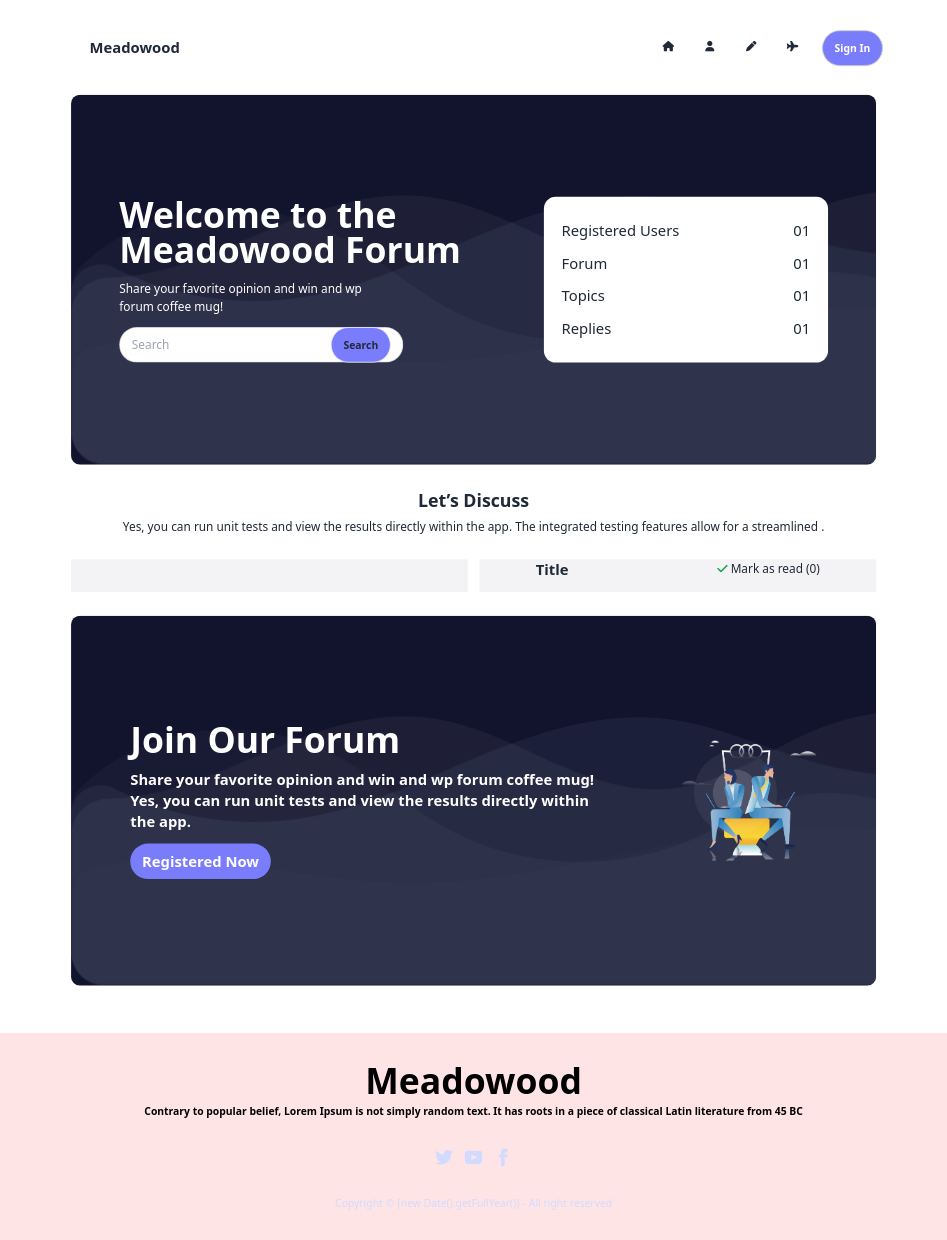
Repository: RudrasahaDibos/Meadowood-Forum
Page: index.html
The author's editor kept a copy of each file at every save. The page is drawn from the files as they stood at one save, then again after a run of saves.
The browser window is 1280 px wide. The pictures show the whole page, at 74% of full size.
The page's requests for data from a server got no answer. Some web libraries are served in a nearby version.

Above is the page before, as saved 2024-11-25 11:18:05.

### index.html
<!DOCTYPE html>
<html lang="en">
    <head>
        <meta charset="UTF-8">
        <meta name="viewport" content="width=device-width, initial-scale=1.0">
        <title>Meadowood Forum</title>

        <!-- tailwind  -->
        <link
            href="https://cdn.jsdelivr.net/npm/daisyui@4.12.14/dist/full.min.css"
            rel="stylesheet" type="text/css" />
        <script src="https://cdn.tailwindcss.com"></script>

        <!-- font awesome  -->
        <link rel="stylesheet"
            href="https://cdnjs.cloudflare.com/ajax/libs/font-awesome/6.7.1/css/all.min.css"
            integrity="sha512-5Hs3dF2AEPkpNAR7UiOHba+lRSJNeM2ECkwxUIxC1Q/FLycGTbNapWXB4tP889k5T5Ju8fs4b1P5z/iB4nMfSQ=="
            crossorigin="anonymous" referrerpolicy="no-referrer" />

    </head>
    <body >
        <!-- header is start here  -->
        <header class="mt-8 container mx-auto lg:px-24 px-8">
            <!-- navbar is start here  -->
            <div class="navbar bg-base-100">
                <div class="flex-1">
                    <a class="btn btn-ghost text-xl">Meadowood</a>
                </div>
                <div class="flex-none">
                    <div class="dropdown dropdown-end mr-6">
                        <div role="button"
                            class="btn btn-ghost btn-circle flex w-full  ">
                            <div
                                class="indicator rounded-full border-1 h-8 w-8 mr-4 tooltip"
                                data-tip="home">
                                <i
                                    class="fa-solid fa-house h-5 w-5 mx-auto mt-2"></i>
                            </div>
                            <div
                                class="indicator rounded-full border-1 h-8 w-8 mr-4 tooltip"
                                data-tip="User">
                                <i
                                    class="fa-solid fa-user h-5 w-5 mx-auto mt-2"></i>
                            </div>
                            <div
                                class="indicator rounded-full border-1 h-8 w-8 mr-4 tooltip"
                                data-tip="pen">
                                <i
                                    class="fa-solid fa-pen h-5 w-5 mx-auto mt-2"></i>
                            </div>
                            <div
                                class="indicator rounded-full border-1 h-8 w-8 mr-4 tooltip"
                                data-tip="flight">
                                <i
                                    class="fa-solid fa-plane h-5 w-5 mx-auto mt-2"></i>
                            </div>
                        </div>

                    </div>
                    <div class="dropdown dropdown-end">
                        <div tabindex="0" role="button"
                            class="btn btn-ghost btn-circle avatar">

                            <button
                                class="btn btn-active bg-[#797DFC] text-white rounded-full ">Sign
                                In</button>

                        </div>
                        <ul
                            tabindex="0"
                            class="menu menu-sm dropdown-content bg-base-100 rounded-box z-[1] mt-3 w-52 p-2 shadow">
                            <li>
                                <a class="justify-between">
                                    Profile
                                    <span class="badge">New</span>
                                </a>
                            </li>
                            <li><a>Settings</a></li>
                            <li><a>Logout</a></li>
                        </ul>
                    </div>
                </div>
            </div>
            <!-- navbar is  end here  -->

            <!-- bannner start here  -->
            <div
                class="lg:w-full w-[450px] relative bg-no-repeat bg-cover h-[500px] z-0 rounded-xl overflow-hidden mt-8 bg-[#12132D]"
                style="background-image: url('/images/bgbanner.png');">
                <div
                    class="relative top-0 left-0 w-full h-full z-10  flex lg:flex-row flex-col justify-center items-center gap-28 ">

                    <div class="lg:space-y-4 space-y-2 lg:mt-0 mt-20">
                        <h2
                            class="lg:text-5xl text-xl font-extrabold font-manrope text-white">Welcome
                            to the <br> Meadowood Forum</h2>
                        <p class="text-white">Share your favorite opinion and
                            win and wp <br> forum coffee mug!</p>
                        <label
                            class="input input-bordered flex items-center gap-2 w-96 rounded-full">
                            <input type="text" class="grow"
                                placeholder="Search" />
                            <button
                                class="btn bg-[#797DFC] rounded-full">Search</button>
                        </label>
                    </div>

                    <div
                        class="menu bg-[#FFFFFF] rounded-box w-96 h-56 lg:mb-0 mb-20">
                        <div class="p-4 space-y-4 mt-2 ">

                            <div class="flex justify-between"><a
                                    class="text-xl ">Registered Users</a><a
                                    class="text-xl ">01</a></div>
                            <div class="flex justify-between"><a
                                    class="text-xl ">Forum</a><a
                                    class="text-xl">01</a></div>
                            <div class="flex justify-between"><a
                                    class="text-xl ">Topics</a><a
                                    class="text-xl">01</a></div>
                            <div class="flex justify-between"><a
                                    class="text-xl ">Replies</a><a
                                    class="text-xl ">01</a></div>
                        </div>
                    </div>

                </div>
            </div>
            <!-- bannner end here  -->

        </header>
        <!-- header is end here  -->

        <!-- main is start here  -->
        <main class="container mx-auto lg:px-24 px-8">
            <!-- Let’s Discuss  starts here  -->
           <div class="ml-4 lg:ml-0">
            <h1 class="text-2xl text-center font-semibold mt-8">Let’s Discuss</h1>
            <p class="text-center mx-auto mt-2 ">Yes, you can run unit tests and view the results directly within
                the app. The integrated testing features allow for a streamlined
                .</p>
           </div>
            <!-- Let’s Discuss start here -->
            <section class="mt-8">
                <!-- card start here -->
                    <div class="flex gap-4 flex-col lg:flex-row  ">
                        <div  id="card-conatiner" class="space-y-4 bg-[#F3F3F5] lg:w-full  w-[450px]  ">


                        </div>

                        <!-- card ends here -->

                        <div class="space-y-4 bg-[#F3F3F5] lg:w-full w-96 flex flex-col  items-center ">
                             <div class="flex gap-4 justify-between w-96">
                                <p class="text-xl font-bold">Title</p>
                                <p ><i class="fa-solid fa-check text-green-600"></i> Mark as read (<span id="mark-read">0</span>)</p>
                             </div>
                            <div id="secondcard-container" class="space-y-4 bg-[#F3F3F5] lg:w-full  w-[450px] ">


                                 <div>

                                 </div>


                              </div>


                        </div>
                    </div>
                    <!-- card end here -->
            </section>

                 <!-- resgistart start here  -->
                       <section class="mt-8">
                        <div
                        class="lg:w-full w-[450px] relative bg-no-repeat bg-cover h-[500px] z-0 rounded-xl overflow-hidden mt-8 bg-[#12132D] p-20"
                        style="background-image: url('/images/bgbanner.png');">
                        <div
                            class="relative top-0 left-0 w-full h-full z-10  flex lg:flex-row flex-col justify-center items-center gap-28 ">

                            <div class="lg:space-y-4 space-y-2 lg:mt-0 mt-24">
                                <h2
                                    class="lg:text-5xl text-xl font-extrabold font-manrope text-white">Join Our Forum</h2>
                                <p class="text-white text-xl font-bold ">Share your favorite opinion and win and wp forum coffee mug! Yes, you can  run unit tests and view the results directly within the app. </p>


                                    <button
                                        class="btn bg-[#797DFC] rounded-full text-white border-none  mx-auto text-xl ">Registered Now</button>

                            </div>

                            <div
                                class="">
                                 <img src="images/joinforum.png" alt="">
                            </div>

                        </div>
                    </div>
                       </section>

                 <!-- registart end here -->

                <!-- latest card  startt here -->
                 <section class="mt-8">

                  <div id="latest-card" class="grid lg:grid-cols-3 grid-cols-1">

                  </div>
                 </section>

                <!-- latest crd end here -->


        </main>
        <!-- main is end here  -->

        <!-- footer is start here  -->
        <footer class="footer footer-center bg-rose-100 text-primary-content p-10 mt-8">
            <aside>
                <h2
                class="lg:text-5xl text-xl font-extrabold font-manrope text-black">
                Meadowood</h2>
              <p class="font-bold text-black">
                Contrary to popular belief, Lorem Ipsum is not simply random text. It has roots in a piece of classical Latin literature from 45 BC
              </p>

            </aside>
            <nav>
              <div class="grid grid-flow-col gap-4">
                <a>
                  <svg
                    xmlns="http://www.w3.org/2000/svg"
                    width="24"
                    height="24"
                    viewBox="0 0 24 24"
                    class="fill-current">
                    <path
                      d="M24 4.557c-.883.392-1.832.656-2.828.775 1.017-.609 1.798-1.574 2.165-2.724-.951.564-2.005.974-3.127 1.195-.897-.957-2.178-1.555-3.594-1.555-3.179 0-5.515 2.966-4.797 6.045-4.091-.205-7.719-2.165-10.148-5.144-1.29 2.213-.669 5.108 1.523 6.574-.806-.026-1.566-.247-2.229-.616-.054 2.281 1.581 4.415 3.949 4.89-.693.188-1.452.232-2.224.084.626 1.956 2.444 3.379 4.6 3.419-2.07 1.623-4.678 2.348-7.29 2.04 2.179 1.397 4.768 2.212 7.548 2.212 9.142 0 14.307-7.721 13.995-14.646.962-.695 1.797-1.562 2.457-2.549z"></path>
                  </svg>
                </a>
                <a>
                  <svg
                    xmlns="http://www.w3.org/2000/svg"
                    width="24"
                    height="24"
                    viewBox="0 0 24 24"
                    class="fill-current">
                    <path
                      d="M19.615 3.184c-3.604-.246-11.631-.245-15.23 0-3.897.266-4.356 2.62-4.385 8.816.029 6.185.484 8.549 4.385 8.816 3.6.245 11.626.246 15.23 0 3.897-.266 4.356-2.62 4.385-8.816-.029-6.185-.484-8.549-4.385-8.816zm-10.615 12.816v-8l8 3.993-8 4.007z"></path>
                  </svg>
                </a>
                <a>
                  <svg
                    xmlns="http://www.w3.org/2000/svg"
                    width="24"
                    height="24"
                    viewBox="0 0 24 24"
                    class="fill-current">
                    <path
                      d="M9 8h-3v4h3v12h5v-12h3.642l.358-4h-4v-1.667c0-.955.192-1.333 1.115-1.333h2.885v-5h-3.808c-3.596 0-5.192 1.583-5.192 4.615v3.385z"></path>
                  </svg>
                </a>
              </div>
            </nav>
            <p class="text-">Copyright © {new Date().getFullYear()} - All right reserved</p>
          </footer>
        <!-- footer is end here  -->
         <script src="app.js"></script>
    </body>
</html>

### app.js
const loadforum = async() =>{
    const res = await fetch('https://openapi.programming-hero.com/api/retro-forum/posts')
    const data =await res.json()
    const CardContainer = document.getElementById('card-conatiner')

    data.posts.forEach(items => {
        console.log(items)
         const div = document.createElement('div')
         div.classList = `card card-side bg-base-100 shadow-xl`
         div.innerHTML =`
                                         <div class="avatar indicator">

                                           <span class="indicator-item ml-16 mt-4  indicator-start badge badge-secondary">${items.isActive === false}</span>
                                        <div class="lg:h-20 lg:ml-2 lg:mt-3 lg:w-full lg:mx-auto lg:rounded-3xl rounded-full h-20 ">
                                          <img
                                            alt="Tailwind CSS examples"
                                            src="${items.image}" />
                                        </div>
                                      </div>

                                <div class="card-body">
                                    <div class="flex justify-between">
                                        <p>#${items.category}</p>
                                        <p>Author : ${items.author.name}</p>
                                    </div>
                                  <h2 class="card-title">${items.title}</h2>
                                  <p>${items.description}</p>
                                   <p class="border-2 border-dotted "></p>
                                    <div class="flex justify-between">
                                        <div class="flex gap-4 ">
                                       <p class="flex justify-center items-center gap-2"><i class="fa-regular fa-message"></i>${items.comment_count}</p>
                                        <p class="flex justify-center items-center gap-2"><i class="fa-regular fa-eye"></i>${items.posted_time}</p>
                                        <p class="flex justify-center items-center gap-2"><i class="fa-regular fa-compass"></i>${items.view_count}</p>
                                        </div>
                                        <div class=" bg-green-600 h-10 w-10 rounded-full">
                                        <button onClick="handledetails('${items.title}','${items.view_count}')"><i class="fa-solid fa-envelope text-white flex justify-center items-center ml-3 mt-3"></i> </button>

                                        </div>
                                    </div>

                                </div>


         `
         CardContainer.appendChild(div)
    });
}

  const handledetails = async(title,view_count) =>{
    const Cart = getValueElementById('mark-read')
    const totalCart = Cart +1
    setInnerText('mark-read',totalCart)


    const secondcard = document.getElementById('secondcard-container')
        const div = document.createElement('div')
        div.classList = `card  bg-base-100 shadow-xl`
        div.innerHTML = `


                                <div class="card-body flex mx-auto justify-between">
                                   <div>
                                      <h2 class="">${title}</h2>
                                 </div>
                                    <div>
                                        <p class=""><i class="fa-regular fa-eye">${view_count}</i></p>
                                 </div>


                                </div>

        `
        secondcard.appendChild(div)


  }


  function setInnerText(id,value){
    document.getElementById(id).innerText = value
  }

  function getValueElementById(id){
    const getvalueText = document.getElementById(id).innerText
    const getValueint = parseInt(getvalueText)
    return getValueint
   }
   const loadletest = async() =>{
       const res = await fetch(' https://openapi.programming-hero.com/api/retro-forum/latest-posts')
       const data = await res.json()

       const latestCard = document.getElementById('latest-card')
       data.forEach(items => {
        console.log(items)
          const div = document.createElement('div')
          div.classList =`card bg-base-100 w-96 shadow-xl`
          div.innerHTML=`
                             <figure class="px-10 pt-10">
                            <img
                              src="${items.cover_image}"
                              alt=""
                              class="rounded-xl" />
                          </figure>

                          <div class="card-body ">
                          <h2 class="flex items-center  gap-4"><i class="fa-solid fa-calendar-days"></i>${items.author.posted_date || 'No publish date'}</h2>
                            <h2 class="card-title">${items.title}</h2>
                            <p>${items.description}</p>
                            <div class="navbar bg-base-100">

                    <div class="flex-none gap-2">
                        <div class="dropdown dropdown-end">
                            <div tabindex="0" role="button" class="btn btn-ghost btn-circle avatar">
                              <div class="w-10 rounded-full">
                                <img
                                  alt="Tailwind CSS Navbar component"
                                  src="${items.profile_image}" />
                              </div>
                            </div>

                          </div>

                           <div class="">
                              <h2 class="text-2xl text-black font-bold">${items.author.name}</h2>
                              <span>${items.author.designation || "Unknown"}</span>
                           </div>

                    </div>
                  </div>
                          </div>
          `
          latestCard.appendChild(div)
       });
   }


loadforum()
loadletest()

After the next 2 saves:
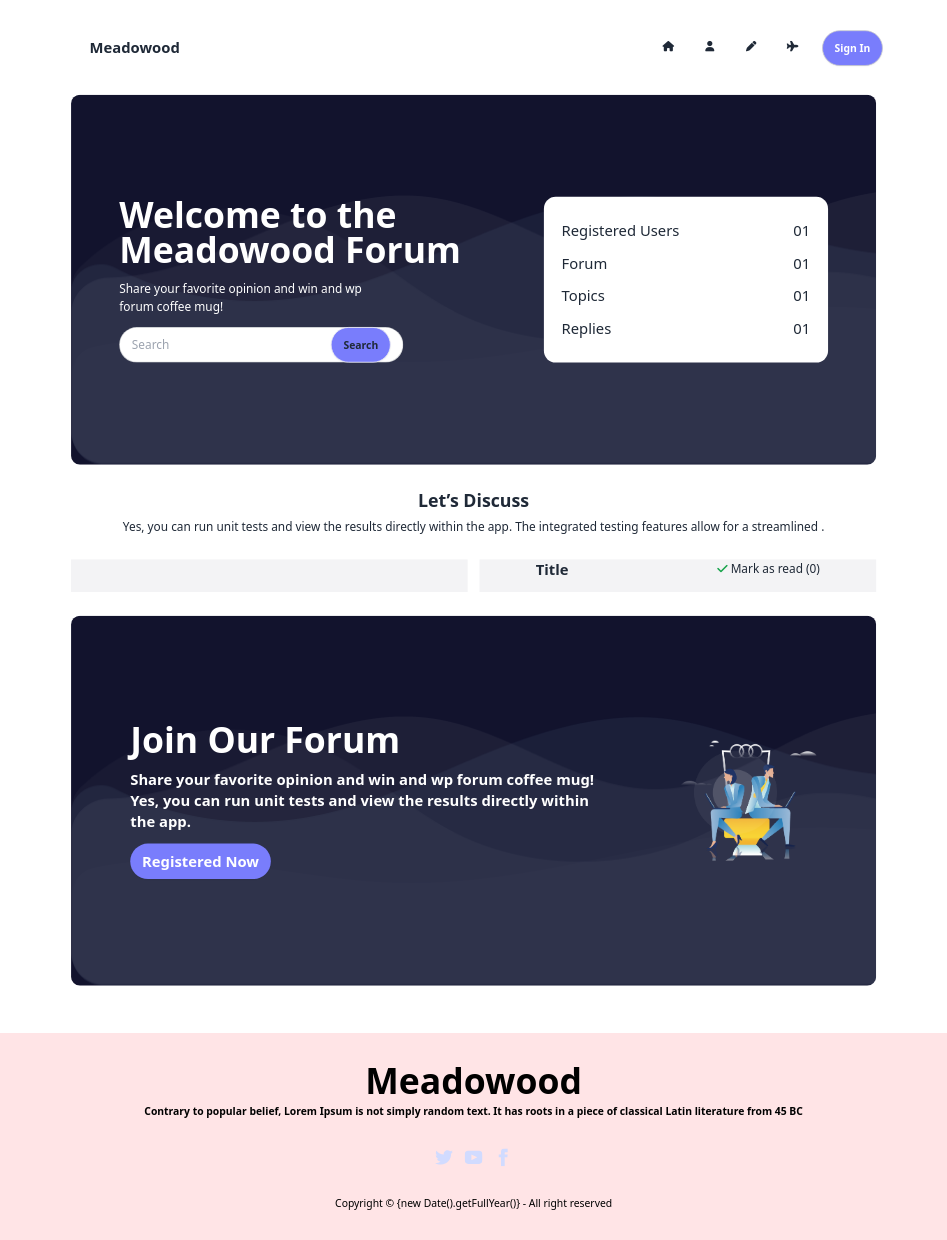
The 2 saves are shown as one change because they came seconds apart.
The last was saved 7 s later.
--- a/index.html
+++ b/index.html
@@ -264,7 +264,7 @@
                 </a>
               </div>
             </nav>
-            <p class="text-">Copyright © {new Date().getFullYear()} - All right reserved</p>
+            <p class="text-black ">Copyright © {new Date().getFullYear()} - All right reserved</p>
           </footer>
         <!-- footer is end here  -->
          <script src="app.js"></script>
